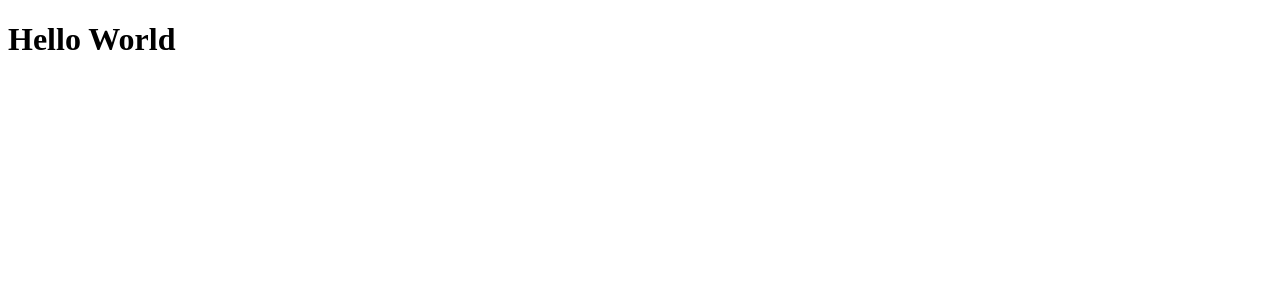
Repository: nottonofclay/csi_waymo
Page: api_calls/index.html
These files come from the project's save history. The page is drawn as it stood at one moment and after a run of saves; the edit follows.
The browser window is 1280 px wide. The pictures show the whole page.
The page's requests for data from a server got no answer.

Above is the page before, as saved 2023-07-18 23:31:11.
Console error (its wording comes from the project's code and is left out).

### api_calls/index.html
<!DOCTYPE html>
<html lang="en">
<head>
    <meta charset="UTF-8">
    <meta name="viewport" content="width=device-width, initial-scale=1.0">
    <title>Document</title>
</head>
<body>
    <h1>Hello World</h1>
    <script src="script.js"></script>
</body>
</html>

### api_calls/script.js
var baseURL = "https://v2.jokeapi.dev";
var categories = ["Programming", "Misc", "Pun", "Spooky", "Christmas"];
var params = [
    "blacklistFlags=nsfw,religious,racist",
    "idRange=0-100"
];

var xhr = new XMLHttpRequest();
xhr.open("GET", baseURL + "/joke/" + categories.join(",") + "?" + params.join("&"));


xhr.onreadystatechange = function() {
    if(xhr.readyState == 4 && xhr.status < 300) // readyState 4 means request has finished + we only want to parse the joke if the request was successful (status code lower than 300)
    {
        var randomJoke = JSON.parse(xhr.responseText);

        if(randomJoke.type == "single")
        {
            // If type == "single", the joke only has the "joke" property
            alert(randomJoke.joke);
        }
        else
        {
            // If type == "single", the joke only has the "joke" property
            alert(randomJoke.setup);
            alert(randomJoke.delivery);
        }
    }
    else if(xhr.readyState == 4)
    {
        alert("Error while requesting joke.\n\nStatus code: " + xhr.status + "\nServer response: " + xhr.responseText);
    }
};

xhr.send();

After the next 2 saves:
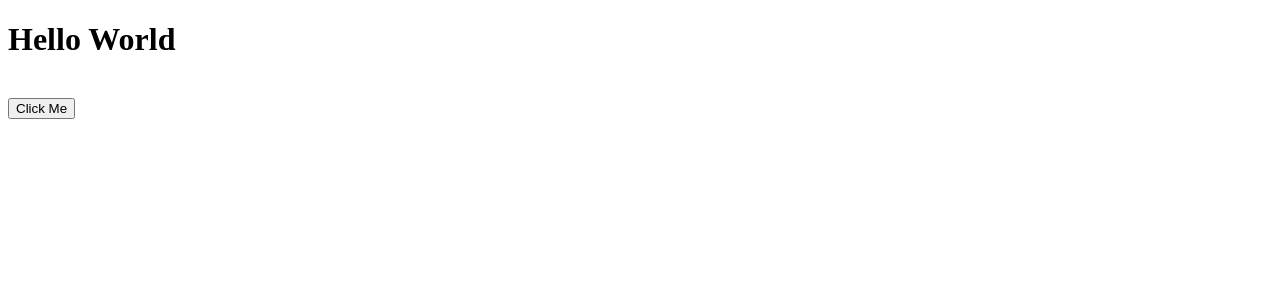
The 2 saves are shown as one change because they came seconds apart.
The last was saved 6 min 9 s later.
--- a/api_calls/index.html
+++ b/api_calls/index.html
@@ -7,6 +7,8 @@
 </head>
 <body>
     <h1>Hello World</h1>
+    <br>
+    <button id="btn">Click Me</button>
     <script src="script.js"></script>
 </body>
 </html>
